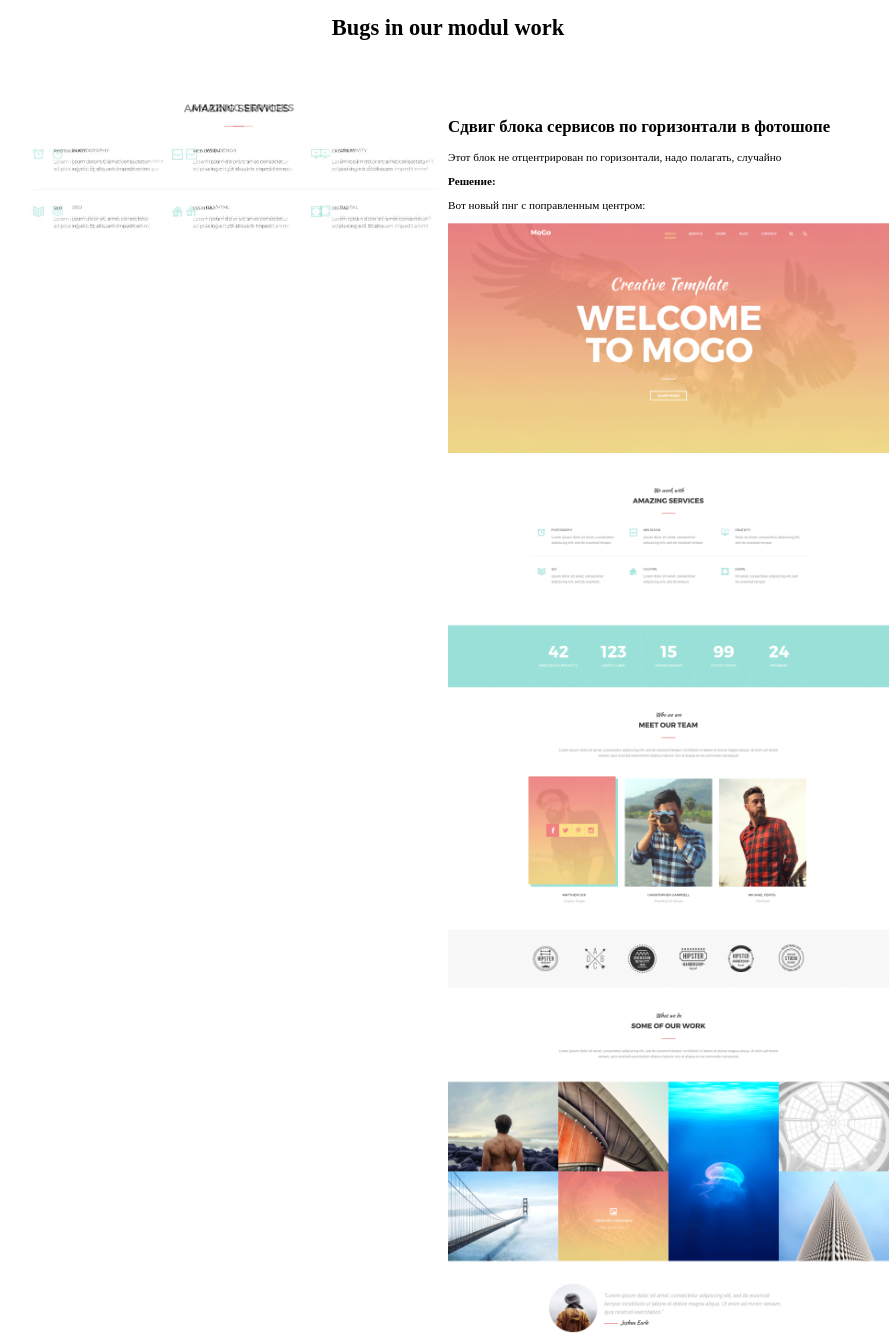
Repository: efursov/markup_modul_bugs
Page: index.html
An editor plug-in stored every save of this project. The page is shown before and after the next save, followed by the edit.
The browser window is 1280 px wide. The pictures show the part of the page from y = 0 to 1920 px (the page is 3453 px tall before and 3522 px after), at 70% of full size.

Above is the page before, as saved 2020-03-05 17:24:22.

### index.html
<!DOCTYPE html>
<html lang="en">

<head>
  <meta charset="UTF-8">
  <link rel="stylesheet" type="text/css" href="https://necolas.github.io/normalize.css/8.0.1/normalize.css">
  <link rel="stylesheet" type="text/css" href="css/styles.css">
  <title>Markup bugs</title>
</head>

<body>
  <main>
    <h1>Bugs in our modul work</h1>
    <div class="bugs_wrapper">
      <div class="bug_item">
        <div class="bug_printscreen"><img src="images/photo5979980930586094311.jpg" alt=""></div>
        <div class="bug_text">
          <h2 class="bug_name">Сдвиг блока сервисов по горизонтали в фотошопе</h2>
          <p class="bug_description">Этот блок не отцентрирован по горизонтали, надо полагать, случайно</p>
          <div class="bug_solution">
            <p>Вот новый пнг с поправленным центром:</p>
            <img src="images/MoGo_.png" alt="">
          </div>
        </div>
      </div>

      <div class="bug_item">
        <div class="bug_printscreen"><img src="images/round_photos.png" alt=""></div>
        <div class="bug_text">
          <h2 class="bug_name">IE плющит фото</h2>
          <p class="bug_description">Во флексовых блоках поплющились фото авторов - в клиентах и цитатах</p>
          <div class="bug_solution">
            <p>flex-shrink: 0;</p>
          </div>
        </div>
      </div>

      <div class="bug_item">
        <div class="bug_text">
          <h2 class="bug_name">Цельная картинка партеров.</h2>
          <p class="bug_description">Нужно было нарезать картинки.</p>
        </div>
        <div class="bug_img">
          <img src="images/partners.png" alt="Partners">
        </div>
      </div>

      <div class="bug_item">
        <div class="bug_text">
          <h2 class="bug_name">Несоответствие шрифтов</h2>
          <p class="bug_description">
            Не все шрифты которые указывались в макете совпадали со шрифтами google fonts
          </p>
        </div>
        <div class="bug_img">
          <img src="images/321.jpg" alt="fonts">
          <img src="images/123.jpg" alt="fonts">
        </div>
      </div>
    </div>
  </main>

</body>

</html>

### css/styles.css
*,
*:before,
*:after {
  box-sizing: border-box;
}

h1 {
  text-align: center;
  margin-bottom: 80px;
}

img {
  max-width: 100%;
  display: inline-block;
  vertical-align: top;
}

.bug_item {
  display: flex;
  padding: 10px;
}

.bug_printscreen {
  width: 50%;
}

.bug_text {
  width: 50%;
}

.bug_solution:before {
  content: "Решение: ";
  font-weight: 700;
}

After the next save:
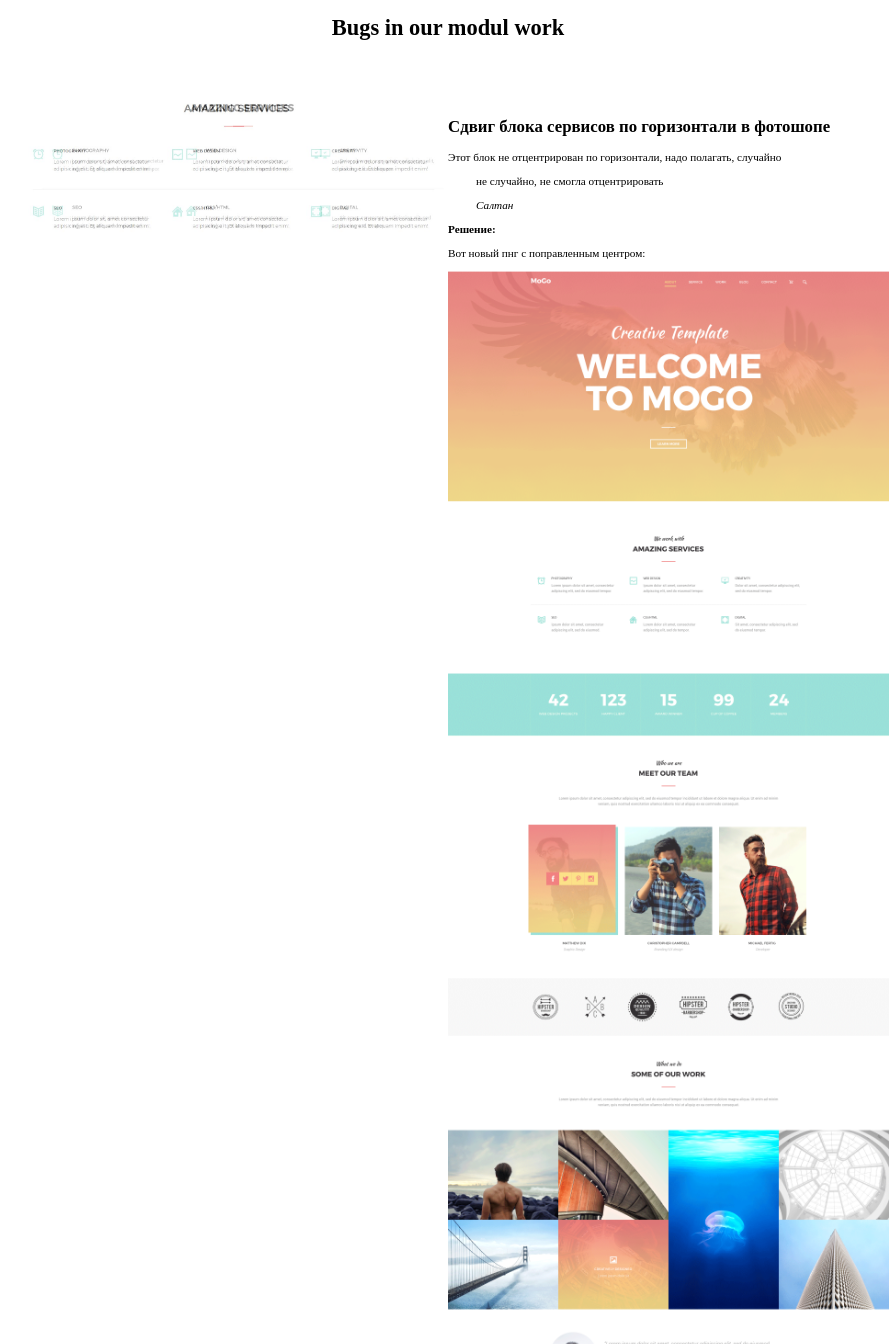
Saved 4 h 39 min later.
--- a/index.html
+++ b/index.html
@@ -2,63 +2,64 @@
 <html lang="en">
 
 <head>
-  <meta charset="UTF-8">
-  <link rel="stylesheet" type="text/css" href="https://necolas.github.io/normalize.css/8.0.1/normalize.css">
-  <link rel="stylesheet" type="text/css" href="css/styles.css">
-  <title>Markup bugs</title>
+    <meta charset="UTF-8">
+    <link rel="stylesheet" type="text/css" href="https://necolas.github.io/normalize.css/8.0.1/normalize.css">
+    <link rel="stylesheet" type="text/css" href="css/styles.css">
+    <title>Markup bugs</title>
 </head>
 
 <body>
-  <main>
-    <h1>Bugs in our modul work</h1>
-    <div class="bugs_wrapper">
-      <div class="bug_item">
-        <div class="bug_printscreen"><img src="images/photo5979980930586094311.jpg" alt=""></div>
-        <div class="bug_text">
-          <h2 class="bug_name">Сдвиг блока сервисов по горизонтали в фотошопе</h2>
-          <p class="bug_description">Этот блок не отцентрирован по горизонтали, надо полагать, случайно</p>
-          <div class="bug_solution">
-            <p>Вот новый пнг с поправленным центром:</p>
-            <img src="images/MoGo_.png" alt="">
-          </div>
+    <main>
+        <h1>Bugs in our modul work</h1>
+        <div class="bugs_wrapper">
+            <div class="bug_item">
+                <div class="bug_printscreen"><img src="images/photo5979980930586094311.jpg" alt=""></div>
+                <div class="bug_text">
+                    <h2 class="bug_name">Сдвиг блока сервисов по горизонтали в фотошопе</h2>
+                    <p class="bug_description">Этот блок не отцентрирован по горизонтали, надо полагать, случайно</p>
+                    <blockquote> <p>не случайно, не смогла отцентрировать</p> <cite>Салтан</cite></blockquote>
+                    <div class="bug_solution">
+                        <p>Вот новый пнг с поправленным центром:</p>
+                        <img src="images/MoGo_.png" alt="">
+                    </div>
+                </div>
+            </div>
+
+            <div class="bug_item">
+                <div class="bug_printscreen"><img src="images/round_photos.png" alt=""></div>
+                <div class="bug_text">
+                    <h2 class="bug_name">IE плющит фото</h2>
+                    <p class="bug_description">Во флексвіфвфівфівовых блоках поплющились фото авторов - в клиентах и цитатах</p>
+                    <div class="bug_solution">
+                        <p>flex-shrink: 0;</p>
+                    </div>
+                </div>
+            </div>
+
+            <div class="bug_item">
+                <div class="bug_text">
+                    <h2 class="bug_name">Цельная картинка партеров.</h2>
+                    <p class="bug_description">Нужно было нарезать картинки.</p>
+                </div>
+                <div class="bug_img">
+                    <img src="images/partners.png" alt="Partners">
+                </div>
+            </div>
+
+            <div class="bug_item">
+                <div class="bug_text">
+                    <h2 class="bug_name">Несоответствие шрифтов</h2>
+                    <p class="bug_description">
+                        Не все шрифты которые указывались в макете совпадали со шрифтами google fonts
+                    </p>
+                </div>
+                <div class="bug_img">
+                    <img src="images/321.jpg" alt="fonts">
+                    <img src="images/123.jpg" alt="fonts">
+                </div>
+            </div>
         </div>
-      </div>
-
-      <div class="bug_item">
-        <div class="bug_printscreen"><img src="images/round_photos.png" alt=""></div>
-        <div class="bug_text">
-          <h2 class="bug_name">IE плющит фото</h2>
-          <p class="bug_description">Во флексовых блоках поплющились фото авторов - в клиентах и цитатах</p>
-          <div class="bug_solution">
-            <p>flex-shrink: 0;</p>
-          </div>
-        </div>
-      </div>
-
-      <div class="bug_item">
-        <div class="bug_text">
-          <h2 class="bug_name">Цельная картинка партеров.</h2>
-          <p class="bug_description">Нужно было нарезать картинки.</p>
-        </div>
-        <div class="bug_img">
-          <img src="images/partners.png" alt="Partners">
-        </div>
-      </div>
-
-      <div class="bug_item">
-        <div class="bug_text">
-          <h2 class="bug_name">Несоответствие шрифтов</h2>
-          <p class="bug_description">
-            Не все шрифты которые указывались в макете совпадали со шрифтами google fonts
-          </p>
-        </div>
-        <div class="bug_img">
-          <img src="images/321.jpg" alt="fonts">
-          <img src="images/123.jpg" alt="fonts">
-        </div>
-      </div>
-    </div>
-  </main>
+    </main>
 
 </body>
 
